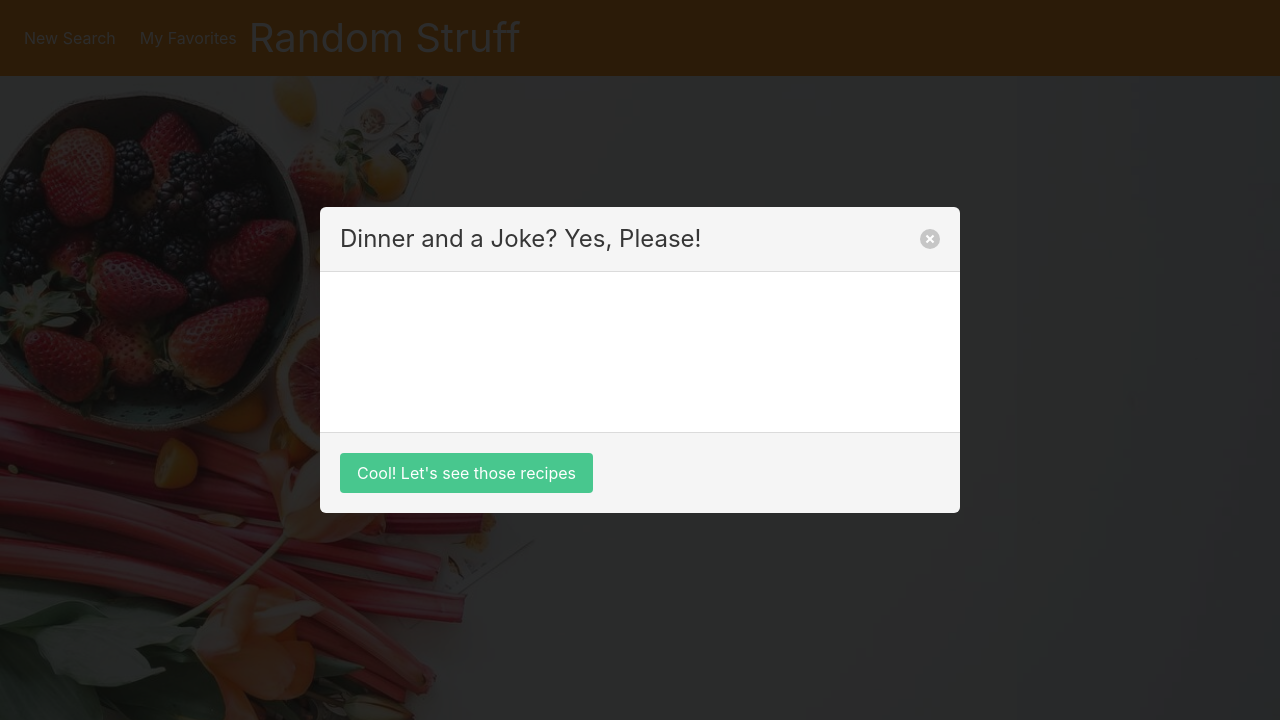
Repository: puakehaulani/the-hungry-app-proj1
Page: results.html
These files come from the project's save history. The page is drawn as it stood at one moment and after the next save; the edit follows.
The browser window is 1280 px wide. The pictures show the whole page.
The page's requests for data from a server got no answer. Some web libraries are served in a nearby version.

Above is the page before, as saved 2020-10-16 21:36:58.

### results.html
<!DOCTYPE html>
<html lang="en">

<head>
    <meta charset="UTF-8">
    <meta name="viewport" content="width=device-width, initial-scale=1.0">
    <title>Results</title>
    <!-- reset css -->
    <link rel="stylesheet" href="assets/style/reset.css">
    <!-- bulma cdn -->
    <link rel="stylesheet" href="https://cdnjs.cloudflare.com/ajax/libs/bulma/0.9.1/css/bulma.min.css">
    <!-- project css style sheet -->
    <link rel="stylesheet" href="assets/style/style.css">
</head>

<body>
    <nav class="navbar" role="navigation" aria-label="main navigation">
        <div class="navbar-menu">
            <!-- search new item link  -->
            <div class="navbar-item">
                <nav class="navbar" role="navigation" aria-label="main navigation">
                    <div class="navbar-menu">
                        <!-- search new item link  -->
                        <div class="navbar-item">
                            <a href="index.html">New Search</a>
                        </div>
                    </div>
                    <!-- link to favorites page on the left -->
                    <div class="navbar-end">
                        <div class="navbar-item">
                            <a href="favorites.html">My Favorites </a>
                        </div>
                    </div>
                <nav class="tabs is-centered is-size-5-mobile is-size-3-tablet is-size-2-widescreen" role="navigation" aria-label="main navigation">


    <li id="display">
        Random
        Struff
    </li>

    <!-- bulma fontawesome -->
    <script defer src="https://use.fontawesome.com/releases/v5.14.0/js/all.js"></script>
    <!-- jquery cdn -->
    <script src="https://code.jquery.com/jquery-3.5.1.min.js"
        integrity="sha256-9/aliU8dGd2tb6OSsuzixeV4y/faTqgFtohetphbbj0=" crossorigin="anonymous"></script>
    <!-- Our JS -->
    <script src="assets/script/results.js"></script>


    <!-- // all code below is for the modal /// -->
    <div class="modal is-active" id="test">
        <div class="modal-background"></div>
        <div class="modal-card">
            <header class="modal-card-head">
                <p class="modal-card-title">Dinner and a Joke? Yes, Please!</p>
                <button class="delete" aria-label="close"></button>
            </header>
            <section class="modal-card-body">
                <h1 id="setup"></h1>
                <br>
                <h3>**Save a recipe for later and we'll show you the punchline!**</h3>
            </section>
            <footer class="modal-card-foot">
                <button class="button is-success" id="showjokesetup">
                    Cool! Let's see those recipes
                </button>
            </footer>
        </div>
    </div>

    <!-- // all code ABOVE is for the modal /// -->
    <!--punchline modal below-->
    <div class="modal" id="punch">
        <div class="modal-background"></div>
        <div class="modal-card">
            <header class="modal-card-head">
                <p class="modal-card-title">Favorite saved! Here's your punchline:</p>
                <button class="delete" aria-label="close"></button>
            </header>
            <section class="modal-card-body">
                <h1 id="punchline"></h1>
            </section>
            <footer class="modal-card-foot">
                <button class="button is-success" id="closepunchline">
                    wow that was hilarious!
                </button>
            </footer>
        </div>
    </div>


</body>

</html>

### assets/style/style.css

html{
    background-image: url(images/foodOnSIde.jpg);
    background-size: cover;
    background-repeat: no-repeat;
}

.navbar{
    background-color: #F78800;
}

.navbar-item{
    color: white;
}

.navbar-item a{
    color: white;
}

.button{
    background-color: #f78800;
    color: white;
}

#ingredientSearch{
    display: inline-block;
}

th{
    background-color: #f78800;
    color: white !important;
}

.display { background-color: rgba(252, 177, 15, 0.55) ;
           color: black;
           float: left;
           max-height: fit-content;
           max-width: fit-content;
           }

/* Elements that only exist on results html*/

#favRecipes{
    min-height: 300px;
    color: black;
    background-color: white;
    border-style: solid;
    border-width: 2px;
    border-radius: 15px;
    border-color: #F78800;
}

#favRecipes h1{
    background-color: #F78800;
    font-size: 2rem;
    color: white;
    border-radius: 10px;
}

#favJokes{
    min-height: 300px;
    color: black;
    background-color: white;
    border-style: solid;
    border-width: 2px;
    border-radius: 15px;
    border-color: #F78800;
}

#favJokes h1{
    background-color: #F78800;
    font-size: 2rem;
    color: white;
    border-radius: 10px;
}

### assets/script/results.js
// -----GLOBAL VAR-----
// string of user input ingredients from local storage
let ingredientsString = localStorage.getItem("ingredients")
console.log(ingredientsString);

// -----build functions-----

// ---build ingredient endpoint function---
function buildIngredientsURL() {
    let ingredientsAPIURL = "https://api.spoonacular.com/recipes/findByIngredients?"
    let ingredientsParams = {
        //route to user input id for ingredients
        apiKey: "eb7473b82620444ab521e6fa290c08a3",
        //route to user input id for recipe type (query)
        ingredients: ingredientsString,
        // //route to user input id for number of results
        // number: "",
    };
    console.log(ingredientsAPIURL + $.param(ingredientsParams));
    return ingredientsAPIURL + $.param(ingredientsParams);
}


// show results function
function showResults(responseli) {
    // -----build recipe url-----
    let $display = $("#display");
    $display.empty();
    for (i = 0; i < 10; i++) {
        let li = $("<li>");
        let viewBtn = $("<a>");
        let saveBtn = $("<button>");
        li.text(responseli[i].title);
        viewBtn.text("View Recipe");
        viewBtn.attr("class", "button is-inverted is-outlined");
        viewBtn.attr("target", "_blank")
        saveBtn.text("Save to Favorites");
        saveBtn.attr("id", "saveBtn");
        saveBtn.attr("class", "is-inverted is-outlined");

        li.append(viewBtn);
        li.append(saveBtn);
        $display.append(li);

        let recipeId = responseli[i].id;
        console.log(recipeId);
        let recipeAPI = "https://api.spoonacular.com/recipes/" + recipeId + "/information?apiKey=eb7473b82620444ab521e6fa290c08a3&includeNutrition=false";
        // ajax call to get url for recipe, commented out to preserve quota
        $.ajax({
            url: recipeAPI,
            method: "GET",
        }).then(function (response) {
            console.log(response);
            let responseLink = response.sourceUrl;
            console.log(responseLink);
            li.attr("data-link", responseLink);
            viewBtn.attr("href", responseLink);
        })
    }
}


// https://official-joke-api.appspot.com/random_joke
// ----build URL function----

$(document).ready(function () {
    let queryURL = "https://official-joke-api.appspot.com/random_joke";
    $.ajax({
        url: queryURL,
        method: "GET"
    }).then(function (response) {
        console.log(response.setup);
        console.log(response.punchline);
        $("#setup").text(response.setup)
        $("#punchline").text(response.punchline)
        localStorage.setItem("punchline", response.punchline)
        localStorage.setItem("setup", response.setup)
    });

    // event listener and handling for a user that doesn't want to see joke
    $("#nojoke").on("click", function () {
        console.log("no")
    });


    let test = document.querySelector("#test");
    let showjokesetup = document.querySelector("#showjokesetup");
    console.log(showjokesetup);
    showjokesetup.addEventListener("click", function () {
        test.classList.toggle("is-active");
    })
});


// -----CALLS-----
let ingredientAPI = buildIngredientsURL();
//ajax call working, commented out to preserve quota
$.ajax({
    url: ingredientAPI,
    method: "GET",
}).then(function (response) {
    console.log(response);
    showResults(response);
    // click function for save btn, same format as for modal earlier //
    let punch = document.querySelector("#punch");
    let showpunchline = document.querySelector("#saveBtn");
    console.log("lexilog " + showpunchline);
    showpunchline.addEventListener("click", function () {
        punch.classList.toggle("is-active");
        console.log("lexilog2 " + localStorage.getItem("punchline"));
        $("#punchline").text(localStorage.getItem("punchline"));

        //these local storages needs work, this will currently just store one
        // localStorage.setItem("favetitle ", );
        // localStorage.setItem("favelink ", );
    })
    // click function to close modal
    let closepunchline = document.querySelector("#closepunchline");
    console.log("lexilogclose " + closepunchline);
    closepunchline.addEventListener("click", function () {
        punch.classList.toggle("is-active");
    })
})

Loaded but not shown: assets/style/reset.css (common file)

After the next save:
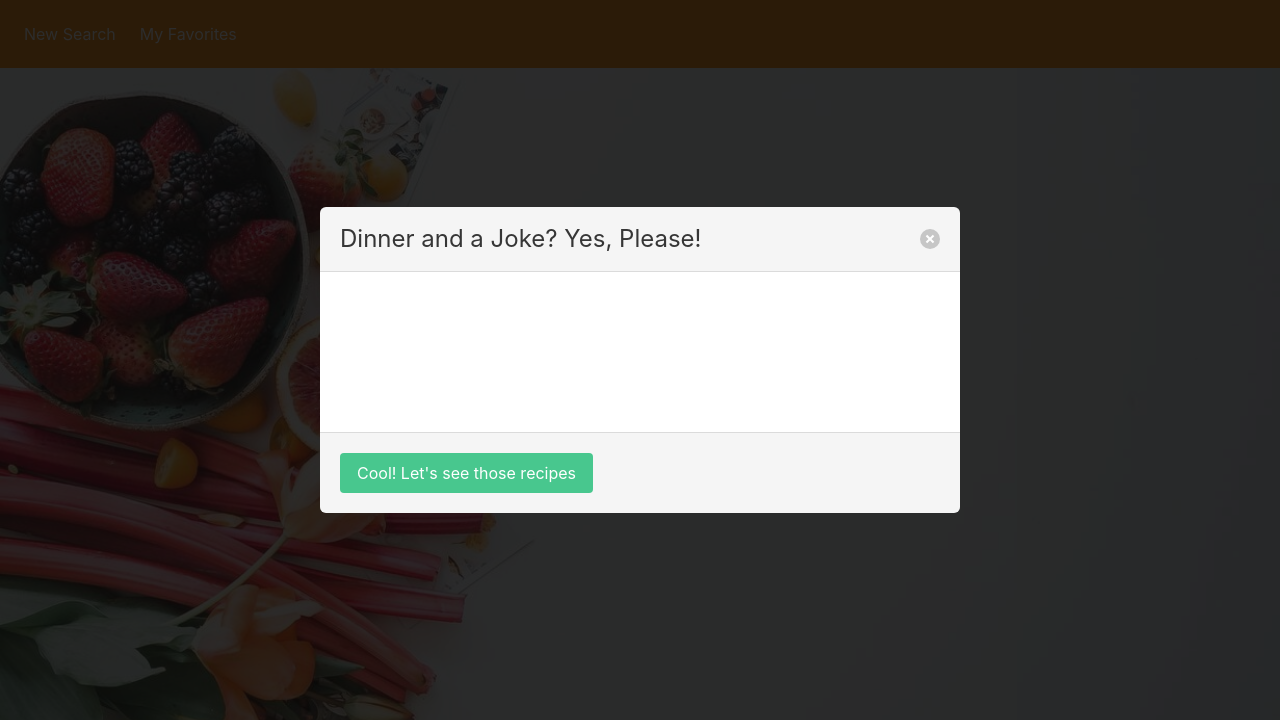
Saved 9 s later.
--- a/results.html
+++ b/results.html
@@ -35,8 +35,6 @@
 
 
     <li id="display">
-        Random
-        Struff
     </li>
 
     <!-- bulma fontawesome -->
